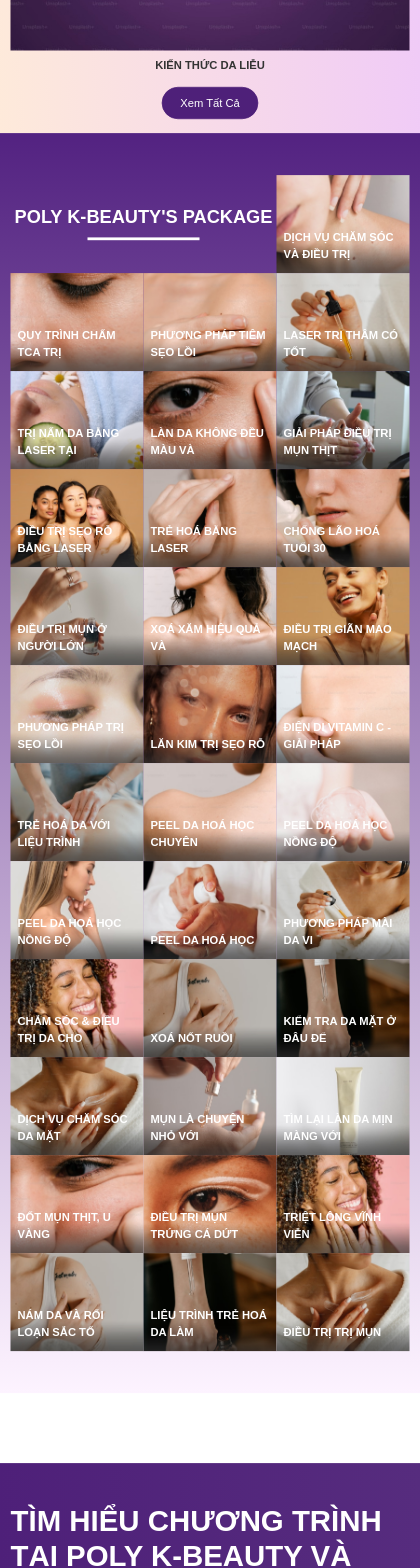
Repository: dinhtri123/k_beauty
Page: index.html
These files come from the project's save history. The page is drawn as it stood at one moment and after the next save; the edit follows.
The browser window is 600 px wide. The pictures show the part of the page from y = 2013 to 4253 px (the page is 6212 px tall before and 8089 px after), at 70% of full size.
Some web fonts or font styles are not loaded; a fallback is used.

Above is the page before, as saved 2024-12-24 20:35:30.

After the next save:
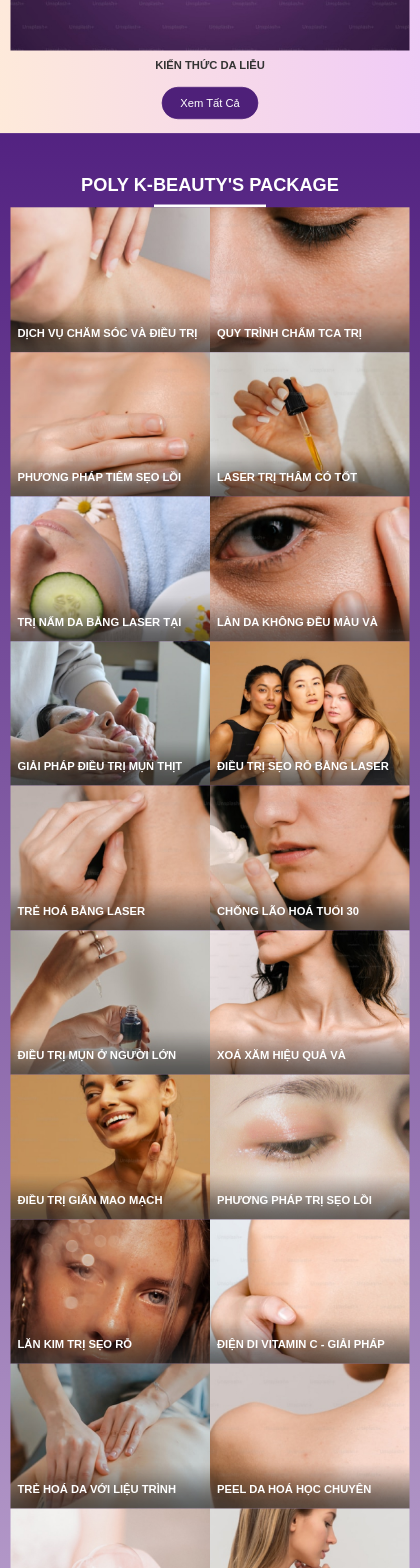
Saved 50 s later.
--- a/css/style.css
+++ b/css/style.css
@@ -629,4 +629,7 @@
     grid-template-columns: 1fr;
     gap: 40px;
   }
-}
+  .package-inner {
+    grid-template-columns: 1fr 1fr;
+  }
+}
